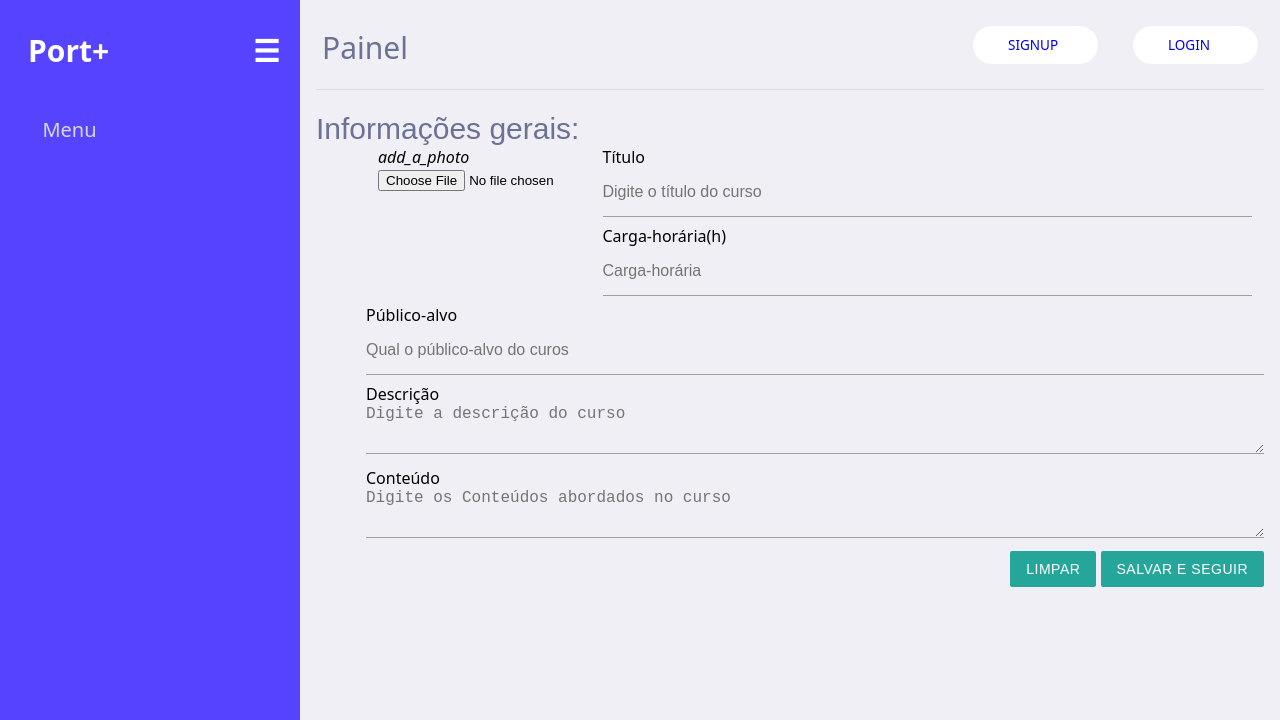
Repository: LauraMViana/Port-plus
Page: http://localhost/portPlus/criarCurso/criarCurso
The author's editor kept a copy of each file at every save. The page is drawn from the files as they stood at one save, then again after the next save.
The browser window is 1280 px wide. The pictures show the whole page.
The page is this project's Thymeleaf template; nobody is signed in. The template is opened directly, without the code that normally fills it, so the values that code supplies are empty.

Above is the page before, as saved 2021-12-30 16:19:53.

After the next save:
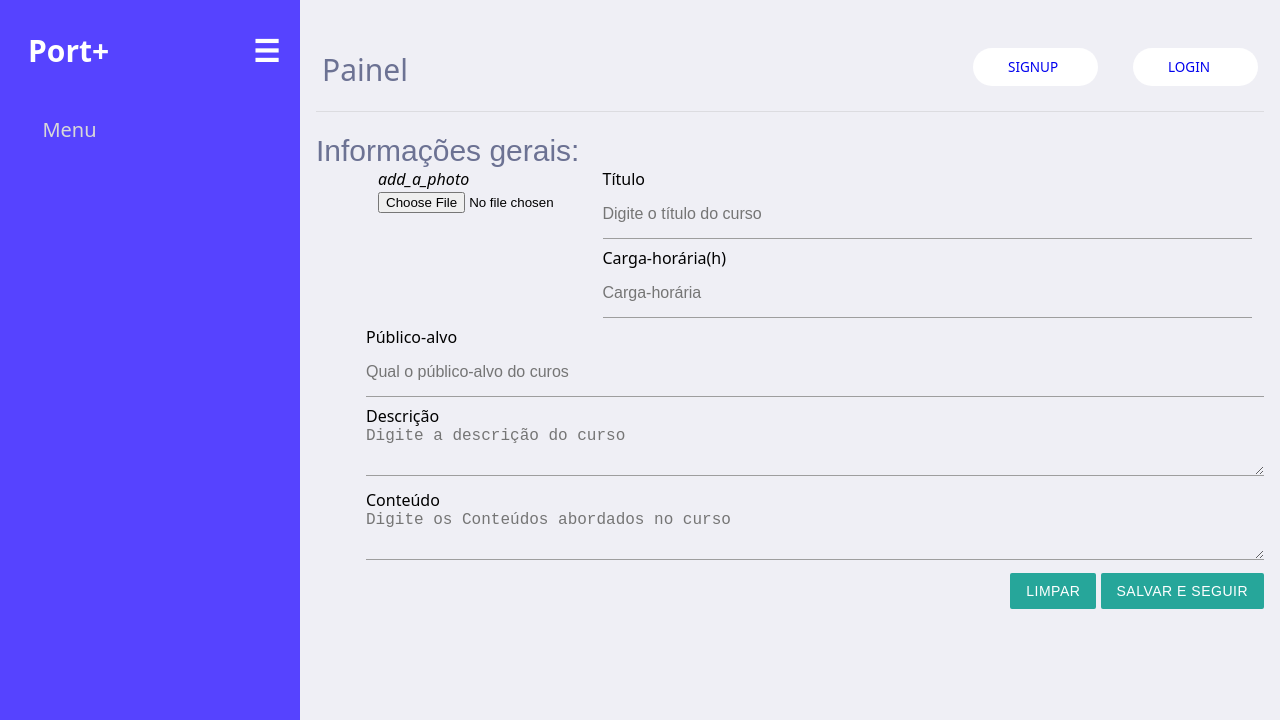
Saved 59 s later.
--- a/port/src/main/resources/templates/portPlus/criarCurso/criarCurso.html
+++ b/port/src/main/resources/templates/portPlus/criarCurso/criarCurso.html
@@ -7,9 +7,9 @@
 <!-- Compiled and minified CSS <!--
 <link rel="stylesheet"
 	href="https://cdnjs.cloudflare.com/ajax/libs/materialize/1.0.0/css/materialize.min.css">
--->
+--><!-- <!--
 <link href="https://fonts.googleapis.com/icon?family=Material+Icons"
-	rel="stylesheet">
+	rel="stylesheet"> --> -->
 <link rel="stylesheet" href="/Style.css">
 
 <title>PortPlus</title>

After the save that followed:
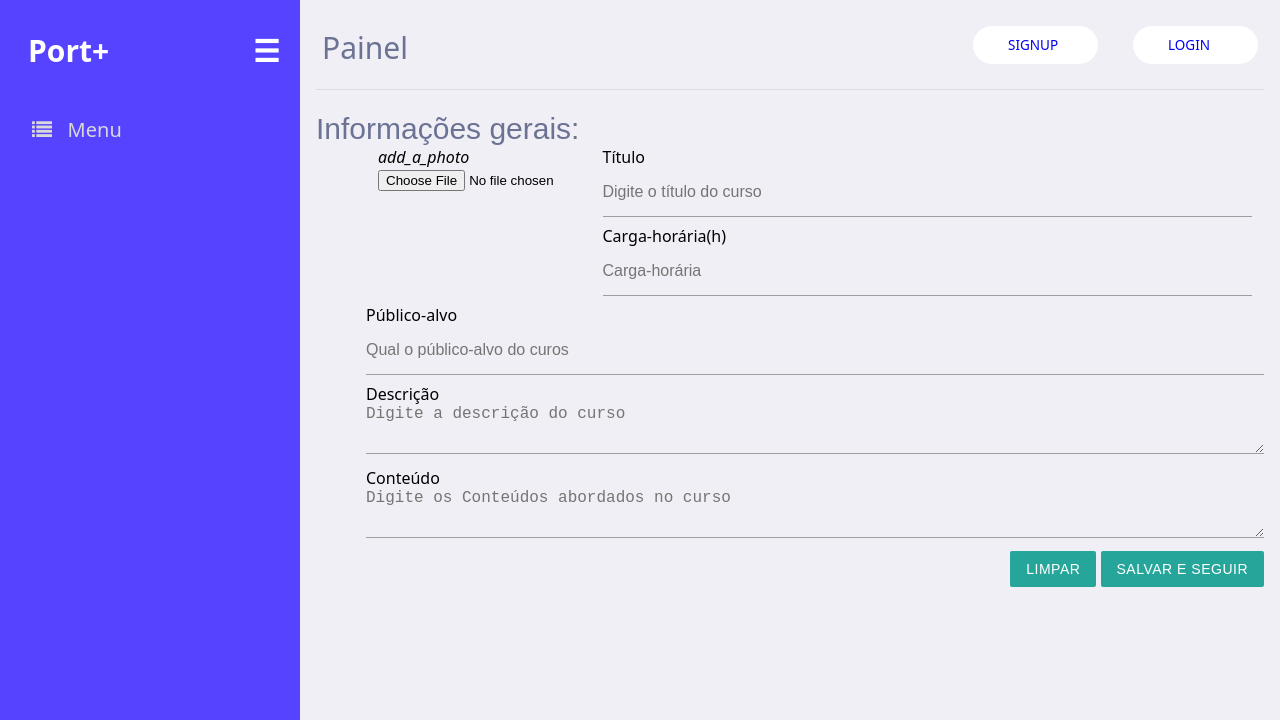
Saved 44 s later.
--- a/port/src/main/resources/templates/portPlus/criarCurso/criarCurso.html
+++ b/port/src/main/resources/templates/portPlus/criarCurso/criarCurso.html
@@ -1,15 +1,15 @@
 <!DOCTYPE html >
 <html xmlns:th="http://www.thymeleaf.org">
 <head>
-<meta charset="UTF-8"><!--
+<meta charset="UTF-8">
 <link rel="stylesheet"
-	href="https://cdnjs.cloudflare.com/ajax/libs/font-awesome/4.7.0/css/font-awesome.min.css"> -->
+	href="https://cdnjs.cloudflare.com/ajax/libs/font-awesome/4.7.0/css/font-awesome.min.css">
 <!-- Compiled and minified CSS <!--
 <link rel="stylesheet"
 	href="https://cdnjs.cloudflare.com/ajax/libs/materialize/1.0.0/css/materialize.min.css">
---><!-- <!--
+-->
 <link href="https://fonts.googleapis.com/icon?family=Material+Icons"
-	rel="stylesheet"> --> -->
+	rel="stylesheet">
 <link rel="stylesheet" href="/Style.css">
 
 <title>PortPlus</title>
